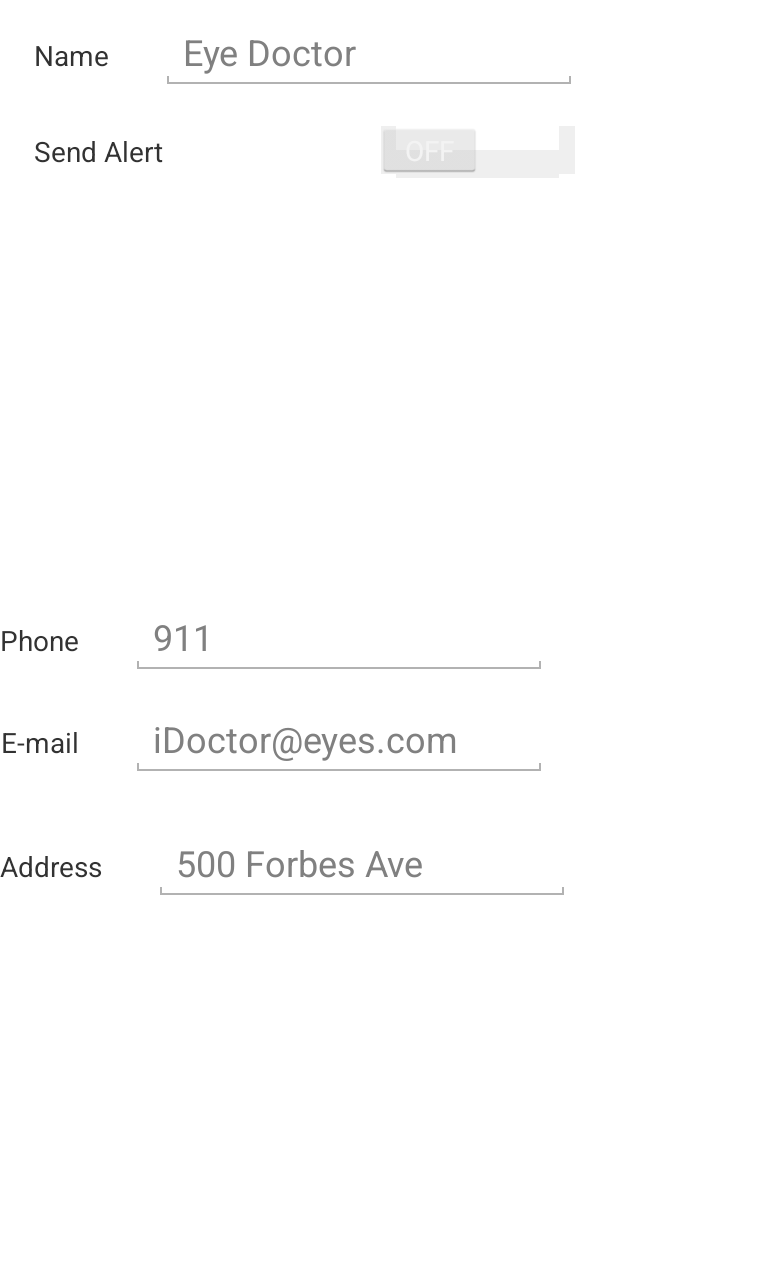
Repository: ranika/pilltracker
Layout: PillTracker/res/layout/f_doctors_doctoreditactivity.xml
An editor plug-in stored every save of this project. The layout is shown before and after the next save, followed by the edit.
It is drawn on a 768 x 1280 px phone screen (xhdpi) without system bars, with theme AppTheme; the app's code is not run.

Above is the layout before, as saved 2014-04-16 15:01:35.

### PillTracker/res/layout/f_doctors_doctoreditactivity.xml
<RelativeLayout xmlns:android="http://schemas.android.com/apk/res/android"
    android:layout_width="fill_parent"
    android:layout_height="fill_parent" >

    <TextView
        android:id="@+id/textView1"
        android:layout_width="wrap_content"
        android:layout_height="wrap_content"
        android:layout_alignParentLeft="true"
        android:layout_alignParentTop="true"
        android:layout_marginLeft="17dp"
        android:layout_marginTop="18dp"
        android:text="@string/name" />

    <EditText
        android:id="@+id/fdea_et1"
        android:layout_width="wrap_content"
        android:layout_height="wrap_content"
        android:layout_alignBaseline="@+id/textView1"
        android:layout_alignBottom="@+id/textView1"
        android:layout_marginLeft="25dp"
        android:layout_toRightOf="@+id/textView1"
        android:hint="@string/eye_doctor"
        android:ems="10" >
    </EditText>

    <TextView
        android:id="@+id/textView2"
        android:layout_width="wrap_content"
        android:layout_height="wrap_content"
        android:layout_alignLeft="@+id/textView1"
        android:layout_below="@+id/fdea_et1"
        android:layout_marginTop="20dp"
        android:text="@string/send_alert" />

    <Switch
        android:id="@+id/fdea_s1"
        android:layout_width="wrap_content"
        android:layout_height="wrap_content"
        android:layout_alignBaseline="@+id/textView2"
        android:layout_alignBottom="@+id/textView2"
        android:layout_alignRight="@+id/fdea_et1" />

    <!-- for future implementation
    <RadioButton
        android:id="@+id/fdea_cb1"
        android:layout_width="wrap_content"
        android:layout_height="wrap_content"
        android:layout_alignLeft="@+id/textView2"
        android:layout_below="@+id/fdea_s1"
        android:layout_marginTop="20dp"
        android:text="@string/pill" />

    <RadioButton
        android:id="@+id/fdea_cb2"
        android:layout_width="wrap_content"
        android:layout_height="wrap_content"
        android:layout_alignLeft="@+id/fdea_cb1"
        android:layout_below="@+id/fdea_cb1"
        android:text="@string/vitamin" />

    <RadioButton
        android:id="@+id/fdea_cb3"
        android:layout_width="wrap_content"
        android:layout_height="wrap_content"
        android:layout_alignLeft="@+id/fdea_cb2"
        android:layout_below="@+id/fdea_cb2"
        android:text="@string/nasal" />

    -->

	<!-- android:layout_alignLeft="@+id/fdea_cb3" -->
    <TextView
        android:id="@+id/textView3"
        android:layout_width="wrap_content"
        android:layout_height="wrap_content"
        android:layout_centerVertical="true"
        android:text="@string/phone" />

    <EditText
        android:id="@+id/fdea_et2"
        android:layout_width="wrap_content"
        android:layout_height="wrap_content"
        android:layout_alignBaseline="@+id/textView3"
        android:layout_alignBottom="@+id/textView3"
        android:layout_marginLeft="25dp"
        android:layout_toRightOf="@+id/textView3"
        android:hint="@string/number"
        android:ems="10" >
    </EditText>

    <TextView
        android:id="@+id/textView4"
        android:layout_width="wrap_content"
        android:layout_height="wrap_content"
        android:layout_alignRight="@+id/textView3"
        android:layout_below="@+id/fdea_et2"
        android:layout_marginTop="23dp"
        android:text="@string/email" />

    <EditText
        android:id="@+id/fdea_et3"
        android:layout_width="wrap_content"
        android:layout_height="wrap_content"
        android:layout_alignBaseline="@+id/textView4"
        android:layout_alignBottom="@+id/textView4"
        android:layout_marginLeft="25dp"
        android:layout_toRightOf="@+id/textView4"
        android:hint="@string/email_address"
        android:ems="10" >
    </EditText>

    <TextView
        android:id="@+id/textView5"
        android:layout_width="wrap_content"
        android:layout_height="wrap_content"
        android:layout_alignLeft="@+id/textView3"
        android:layout_below="@+id/fdea_et3"
        android:layout_marginTop="34dp"
        android:text="@string/address" />

    <EditText
        android:id="@+id/fdea_et4"
        android:layout_width="wrap_content"
        android:layout_height="wrap_content"
        android:layout_alignBaseline="@+id/textView5"
        android:layout_alignBottom="@+id/textView5"
        android:layout_marginLeft="25dp"
        android:layout_toRightOf="@+id/textView5"
        android:hint="@string/addy"
        android:ems="10" >
    </EditText>

</RelativeLayout>

### PillTracker/res/values/strings.xml
<?xml version="1.0" encoding="utf-8"?>
<resources>

    <string name="app_name">Pill Tracker</string>
    <string name="med_log">Medication Log</string>
    <string name="prescriptions">Prescriptions</string>
    <string name="reminders">Reminders</string>
    <string name="doctors">Doctors</string>
    <string name="pharmacies">Pharmacies</string>
    <string name="notes">Notes</string>
    <string name="settings">Settings</string>

    <color name="black">#CCCCCC</color>

    <string name="title_activity_med_log">Medication Log</string>
    <string name="today">Today</string>
    <string name="ten_am">10 AM</string>
    <string name="pill">Pill</string>
    <string name="vitamin">Vitamin</string>
    <string name="ten_pm">10 PM</string>
    <string name="nasal">Nasal Spray</string>
    <string name="title_activity_prescription">Prescriptions</string>
    <string name="add">Add</string>
    <string name="title_activity_doctors">Doctors</string>
    <string name="eye_doctor">Eye Doctor</string>
    <string name="family_physician">Family Physician</string>
    <string name="orthopedic">Orthopedic</string>
    <string name="title_activity_notes">Notes</string>
    <string name="hello_world">Hello world!</string>
    <string name="action_settings">Settings</string>
    <string name="reminder">Reminder</string>
    <string name="to_do">To Do</string>
    <string name="blah">BlahBlahBlah</string>
    <string name="title_activity_pharmacies">Pharmacies</string>

    <string-array name="miles">
        <item>10 miles</item>
        <item>15 miles</item>
        <item>20 miles</item>
        <item> 50 miles</item>
    </string-array>

    <string name="display">Display pharmacies within:</string>
    <string name="find">Find</string>
    <string name="title_activity_prescription_edit">Edit Prescription</string>
    <string name="title_activity_edit_prescription">Edit Prescriptions</string>
    <string name="name">Name</string>
    <string name="monday">Monday</string>
    <string name="tuesday">Tuesday</string>
    <string name="wednesday">Wednesday</string>
    <string name="thursday">Thursday</string>
    <string name="friday">Friday</string>
    <string name="saturday">Saturday</string>
    <string name="sunday">Sunday</string>
    <string name="days">Set Days</string>
    <string name="time">Set Time</string>
    <string name="title_activity_doctor_edit">Edit Doctor</string>
    <string name="send_alert">Send Alert</string>
    <string name="phone">Phone</string>
    <string name="number">911</string>
    <string name="email">E-mail</string>
    <string name="email_address">iDoctor@eyes.com</string>
    <string name="address">Address</string>
    <string name="addy">500 Forbes Ave</string>
    <string name="title_activity_reminders">Reminders</string>
    <string name="title_activity_settings">Settings</string>
    <string name="location">My Location</string>
    <string name="wireless">Use wireless networks</string>
    <string name="gps">Use GPS satellites</string>

</resources>

Loaded but not shown: PillTracker/res/values/styles.xml (common file); PillTracker/res/values-v11/styles.xml (common file); PillTracker/res/values-v14/styles.xml (common file)

After the next save:
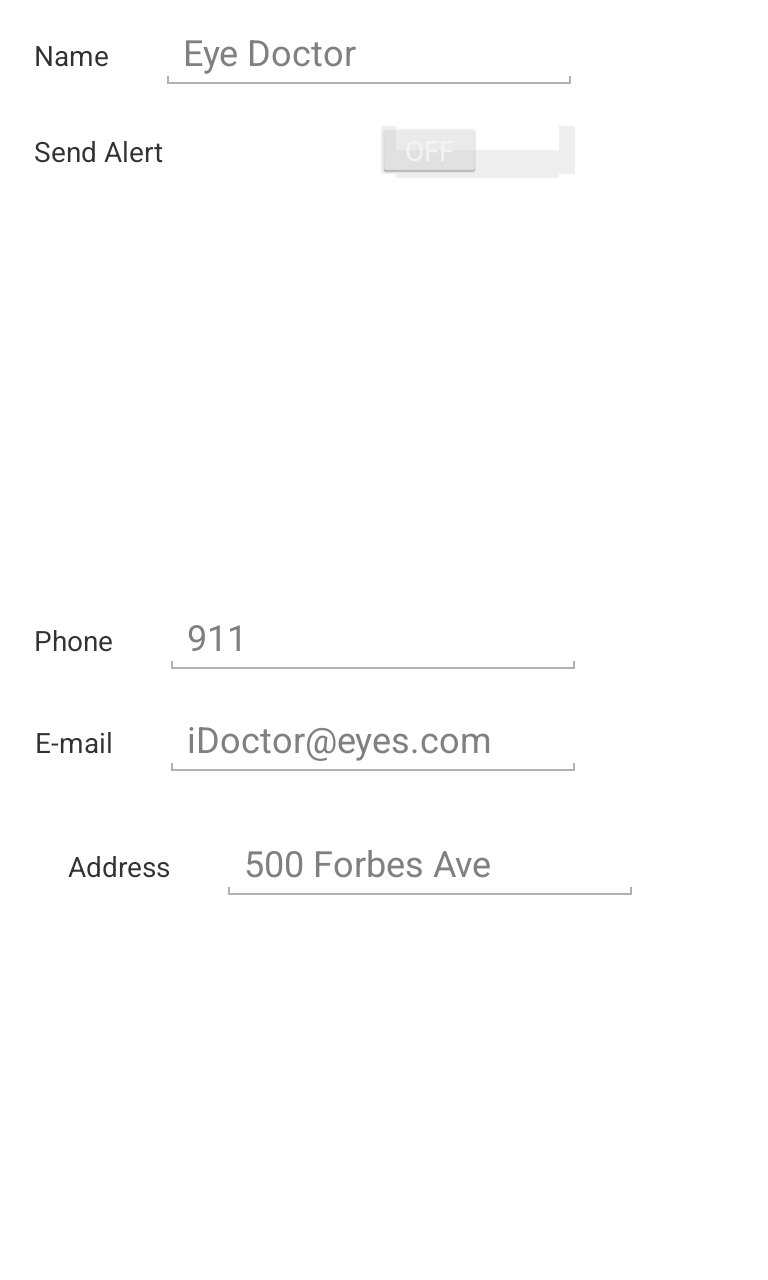
Saved 41 s later.
--- a/PillTracker/res/layout/f_doctors_doctoreditactivity.xml
+++ b/PillTracker/res/layout/f_doctors_doctoreditactivity.xml
@@ -75,6 +75,7 @@
         android:layout_width="wrap_content"
         android:layout_height="wrap_content"
         android:layout_centerVertical="true"
+        android:layout_marginLeft="17dp"
         android:text="@string/phone" />
 
     <EditText
@@ -96,6 +97,7 @@
         android:layout_alignRight="@+id/textView3"
         android:layout_below="@+id/fdea_et2"
         android:layout_marginTop="23dp"
+        android:layout_marginLeft="17dp"
         android:text="@string/email" />
 
     <EditText
@@ -117,6 +119,7 @@
         android:layout_alignLeft="@+id/textView3"
         android:layout_below="@+id/fdea_et3"
         android:layout_marginTop="34dp"
+        android:layout_marginLeft="17dp"
         android:text="@string/address" />
 
     <EditText
